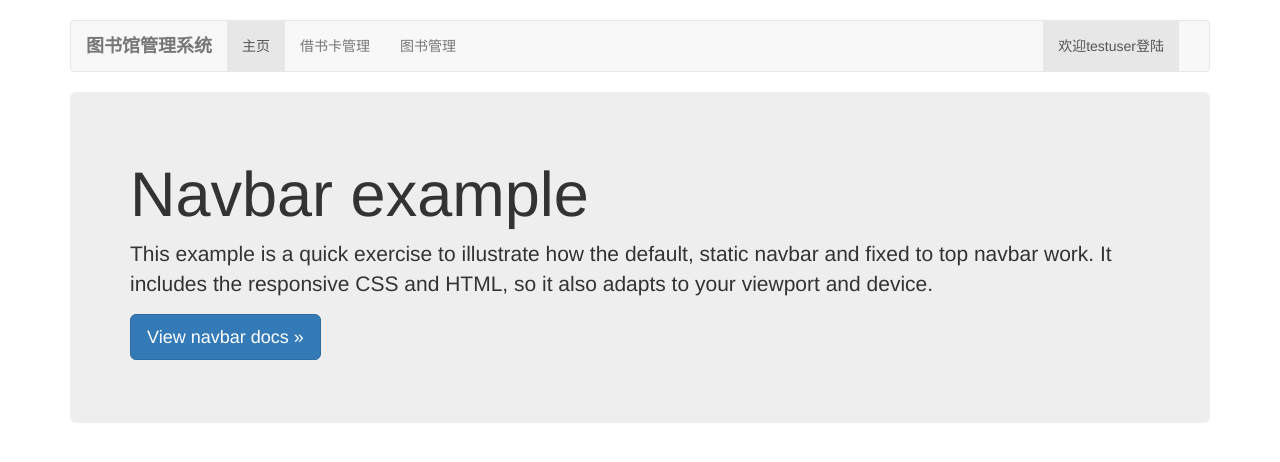
Repository: chaice/code
Page: http://localhost/web5/home
The author's editor kept a copy of each file at every save. The page is drawn from the files as they stood at one save, then again after the next save.
The browser window is 1280 px wide. The pictures show the whole page.
Some web libraries are served in a nearby version. The page is served by Tomcat 9. The session is filled in as if someone had signed in: {"username": "testuser"}. Other server files are loaded and not shown.

Above is the page before, as saved 2016-06-01 08:18:16.

### web5/WebContent/WEB-INF/views/home.jsp
<%@ page language="java" contentType="text/html; charset=UTF-8"
	pageEncoding="UTF-8"%>
<!DOCTYPE html>
<html>
<head>
<meta charset="UTF-8">
<title>主页</title>
<%@ include file="head.jsp"%>
        <div class="jumbotron">
        <h1>Navbar example</h1>
        <p>This example is a quick exercise to illustrate how the default, static navbar and fixed to top navbar work. It includes the responsive CSS and HTML, so it also adapts to your viewport and device.</p>
        <p>
          <a class="btn btn-lg btn-primary" href="../../components/#navbar" role="button">View navbar docs &raquo;</a>
        </p>
      </div>
    </div>
    <script src="//cdn.bootcss.com/jquery/1.11.3/jquery.min.js"></script>
    <script src="//cdn.bootcss.com/bootstrap/3.3.5/js/bootstrap.min.js"></script>
<script>
	$("ul>li:nth-child(1)").addClass("active");
</script>
</body>
</html>

### web5/WebContent/WEB-INF/views/head.jsp
<%@ page language="java" contentType="text/html; charset=UTF-8"
	pageEncoding="UTF-8"%>
<link href="//cdn.bootcss.com/bootstrap/3.3.5/css/bootstrap.min.css"
	rel="stylesheet">
<style>
body {
	padding-top: 20px;
	padding-bottom: 20px;
}

.navbar {
	margin-bottom: 20px;
}
</style>
</head>

<body>
	<%
		String name = (String) session.getAttribute("username");
		if (name == null) {
			response.sendRedirect("/index.jsp");
		}
	%>
	<div class="container">
		<nav class="navbar navbar-default">
			<div class="container-fluid">
				<div class="navbar-header">
					<strong class="navbar-brand">图书馆管理系统</strong>
				</div>
				<div id="navbar" class="navbar-collapse collapse">
					<ul class="nav navbar-nav">
						<li><a href="/home">主页</a></li>
						<li><a href="/card">借书卡管理</a></li>
						<li><a href="/book">图书管理</a></li>
					</ul>
					<ul style="float:right" class="nav navbar-nav"><li><a>欢迎<%=name%>登陆</a></li></ul>
				</div>
				<div id="navbar" class="navbar-collapse collapse" ></div>
			</div>
		</nav>

### web5/src/com/ccit/myservlet/Home.java
package com.ccit.myservlet;

import java.io.IOException;
import javax.servlet.ServletException;
import javax.servlet.http.HttpServlet;
import javax.servlet.http.HttpServletRequest;
import javax.servlet.http.HttpServletResponse;

public class Home extends HttpServlet {
	private static final long serialVersionUID = 1L;

    public Home() {
        super();

    }


	protected void doGet(HttpServletRequest request, HttpServletResponse response) throws ServletException, IOException {
		request.getRequestDispatcher("/WEB-INF/views/home.jsp").forward(request, response);
	}



}

After the next save:
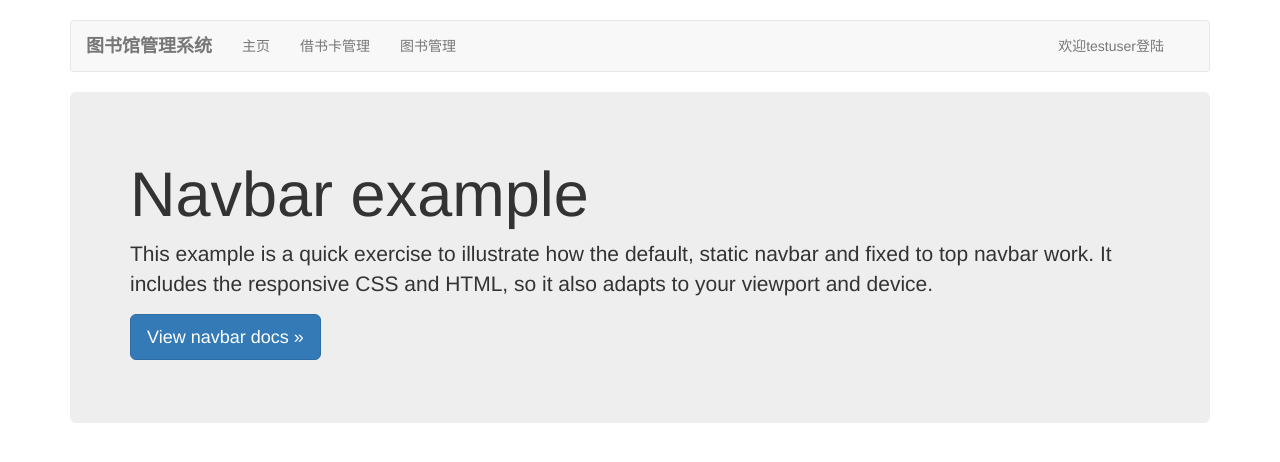
Saved 46 s later.
--- a/web5/WebContent/WEB-INF/views/home.jsp
+++ b/web5/WebContent/WEB-INF/views/home.jsp
@@ -17,7 +17,7 @@
     <script src="//cdn.bootcss.com/jquery/1.11.3/jquery.min.js"></script>
     <script src="//cdn.bootcss.com/bootstrap/3.3.5/js/bootstrap.min.js"></script>
 <script>
-	$("ul>li:nth-child(1)").addClass("active");
+	$(".nav>ul>li:nth-child(1)").addClass("active");
 </script>
 </body>
 </html>
